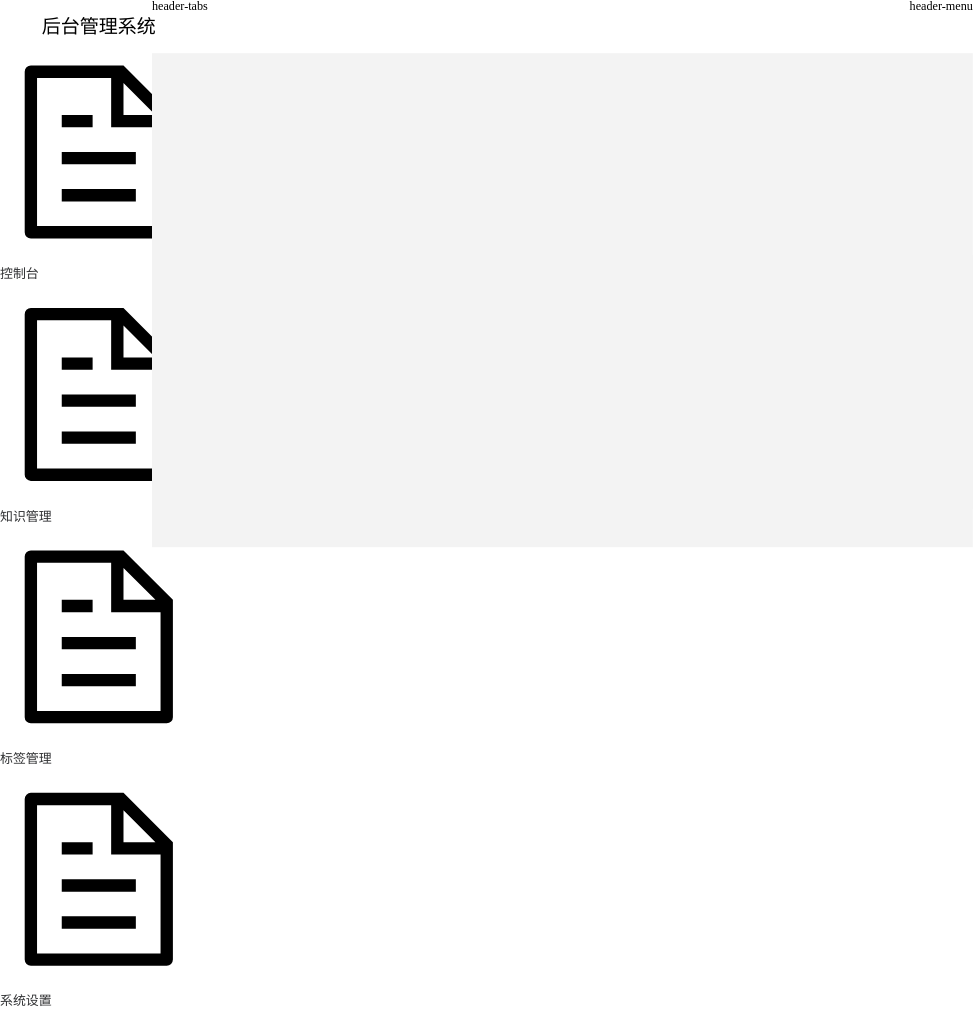
Repository: serrrN/vue-vite-template
Page: /
These files come from the project's save history. The page is drawn as it stood at one moment and after the next save; the edit follows.
The browser window is 1280 px wide. The pictures show the whole page, at 76% of full size.
The project was rebuilt for these pictures with package versions that can differ from the ones it lists, and the page was loaded fresh each time. Also part of the build but not shown: vite.config.ts, src/styles/index.scss.

Above is the page before, as saved 2024-06-02 15:59:14.

After the next save:
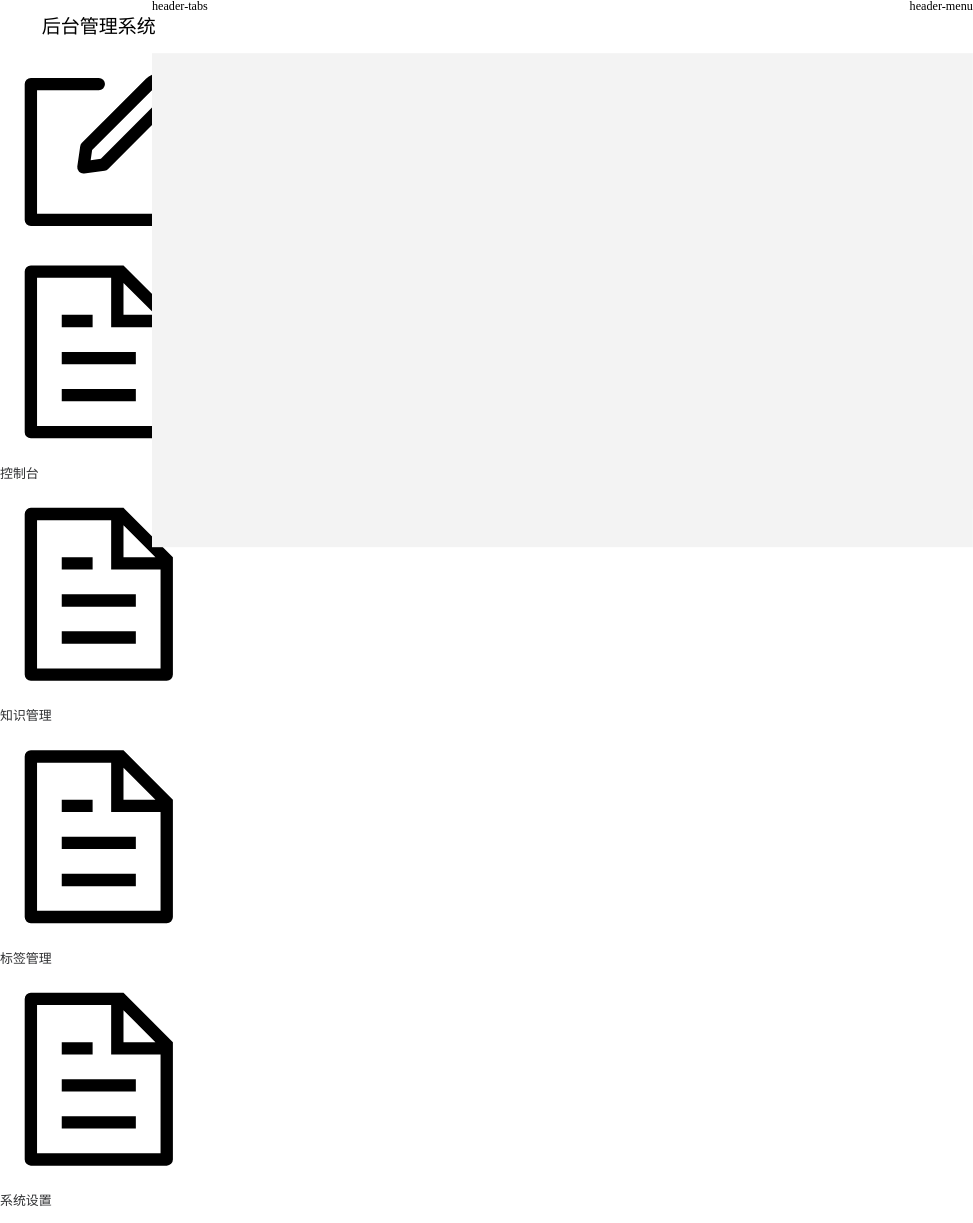
Saved 28 s later.
--- a/src/layout/menu/index.vue
+++ b/src/layout/menu/index.vue
@@ -9,7 +9,11 @@
     <div class="header">
       <div class="logo-wrapped"></div>
       <div class="name">后台管理系统</div>
-      <div class="fold-icon-wrapped"></div>
+      <div class="fold-icon-wrapped">
+        <el-icon >
+          <Edit />
+        </el-icon>
+      </div>
     </div>
 
     <el-menu-item index="1">

After the save that followed:
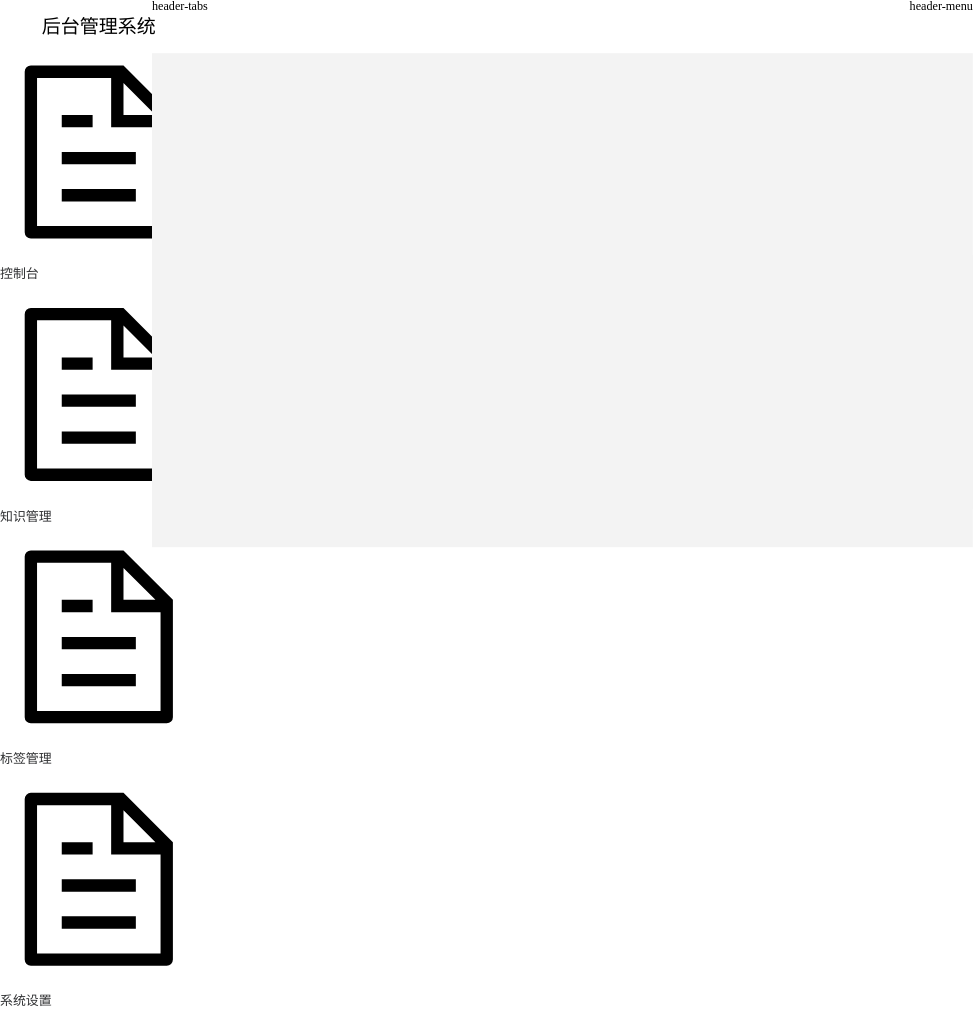
Saved 54 s later.
--- a/src/layout/menu/index.vue
+++ b/src/layout/menu/index.vue
@@ -10,7 +10,7 @@
       <div class="logo-wrapped"></div>
       <div class="name">后台管理系统</div>
       <div class="fold-icon-wrapped">
-        <el-icon >
+        <el-icon>
           <Edit />
         </el-icon>
       </div>
@@ -50,13 +50,17 @@
 <style>
 .el-menu {
   height: 100%;
-  .name {
-    text-align: center;
-    width: 100%;
-    height: 70px;
-    font-size: 25px;
-    line-height: 70px;
+  .header {
+    display: flex;
+    .name {
+      text-align: center;
+      width: 100%;
+      height: 70px;
+      font-size: 25px;
+      line-height: 70px;
+    }
   }
+
   .el-menu-item span {
     color: rgb(48, 49, 51);
     font-weight: 400;
